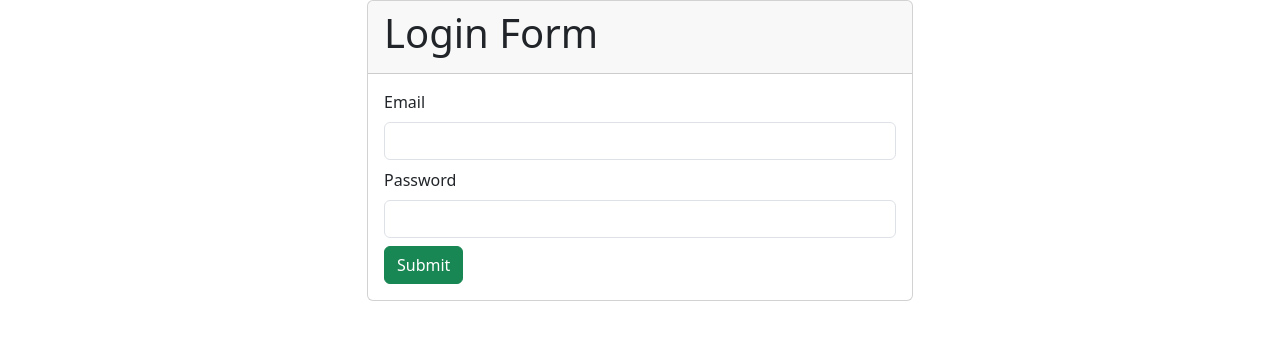
Repository: Laxman-Nath/java-internship
Page: http://localhost/Demo/login.jsp
An editor plug-in stored every save of this project. The page is shown before and after the next save, followed by the edit.
The browser window is 1280 px wide. The pictures show the whole page.
The page is served by Tomcat 9. Other server files are loaded and not shown.

Above is the page before, as saved 2024-09-01 10:20:01.

### Servlet_JSP/Demo/src/main/webapp/login.jsp
<%@ page language="java" contentType="text/html; charset=UTF-8"
	pageEncoding="UTF-8"%>
<!DOCTYPE html>
<html>
<head>
<meta charset="UTF-8">
<title>Login Form</title>
<link
	href="https://cdn.jsdelivr.net/npm/bootstrap@5.3.3/dist/css/bootstrap.min.css"
	rel="stylesheet"
	integrity="sha384-QWTKZyjpPEjISv5WaRU9OFeRpok6YctnYmDr5pNlyT2bRjXh0JMhjY6hW+ALEwIH"
	crossorigin="anonymous">
</head>
<body>
	<div class="container">
	<div class="row">
	<div class="col-md-6 offset-md-3">
	<div class="card">
	<div class="card-header"><h1>Login Form</h1></div>
	<div class="card-body" class="">
	  <form action="" method="">
	   <div class="mb-2">
	   <label class="form-label">Email</label>
	   <input type="email" required class="form-control">
	   </div>
	   <div class="mb-2">
	   <label class="form-label">Password</label>
	   <input type="password" required class="form-control">
	   </div>
	   <button class="btn btn-success" type="submit">Submit</button>
	  </form>
	</div>
	</div>
	</div>
	</div>
	</div>

</body>
<script
	src="https://cdn.jsdelivr.net/npm/bootstrap@5.3.3/dist/js/bootstrap.bundle.min.js"
	integrity="sha384-YvpcrYf0tY3lHB60NNkmXc5s9fDVZLESaAA55NDzOxhy9GkcIdslK1eN7N6jIeHz"
</html>

After the next save:
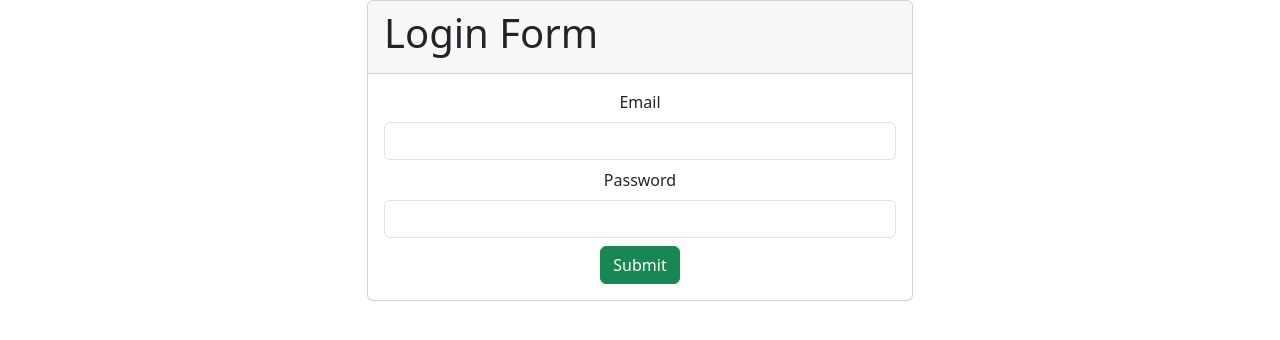
Saved 23 s later.
--- a/Servlet_JSP/Demo/src/main/webapp/login.jsp
+++ b/Servlet_JSP/Demo/src/main/webapp/login.jsp
@@ -18,7 +18,7 @@
 	<div class="card">
 	<div class="card-header"><h1>Login Form</h1></div>
 	<div class="card-body" class="">
-	  <form action="" method="">
+	  <form action="" method="" class="text-center">
 	   <div class="mb-2">
 	   <label class="form-label">Email</label>
 	   <input type="email" required class="form-control">
